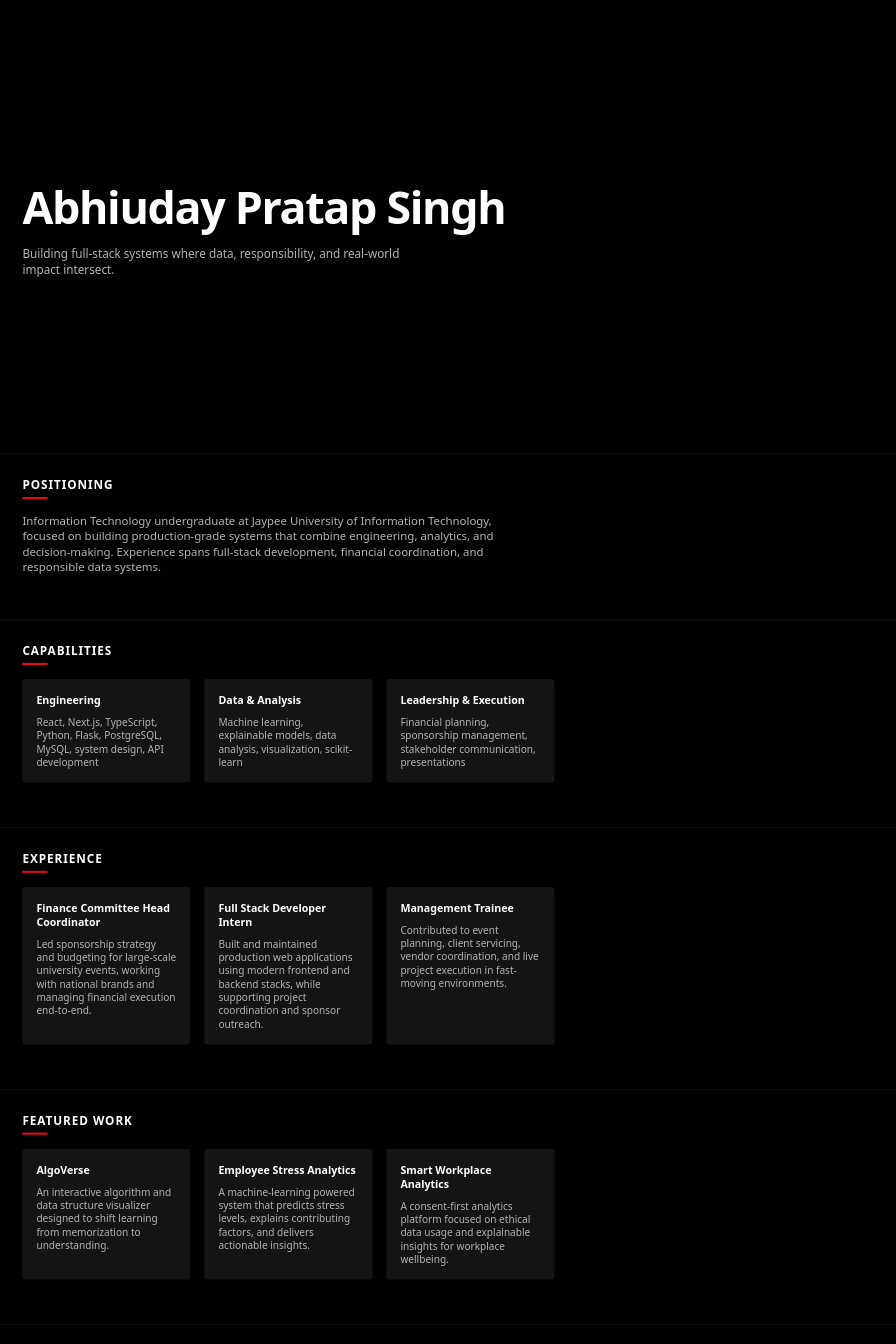
Repository: PratapOP/main-portfolio
Page: / (app in frontend/)
The author's editor kept a copy of each file at every save. The page is drawn from the files as they stood at one save, then again after the next save.
The browser window is 1280 px wide. The pictures show the part of the page from y = 0 to 1920 px (the page is 2756 px tall), at 70% of full size.
The project was rebuilt for these pictures with package versions that can differ from the ones it lists, and the page was loaded fresh each time. Also part of the build but not shown: frontend/vite.config.js.

Above is the page before, as saved 2026-01-01 18:38:42.

After the next save:
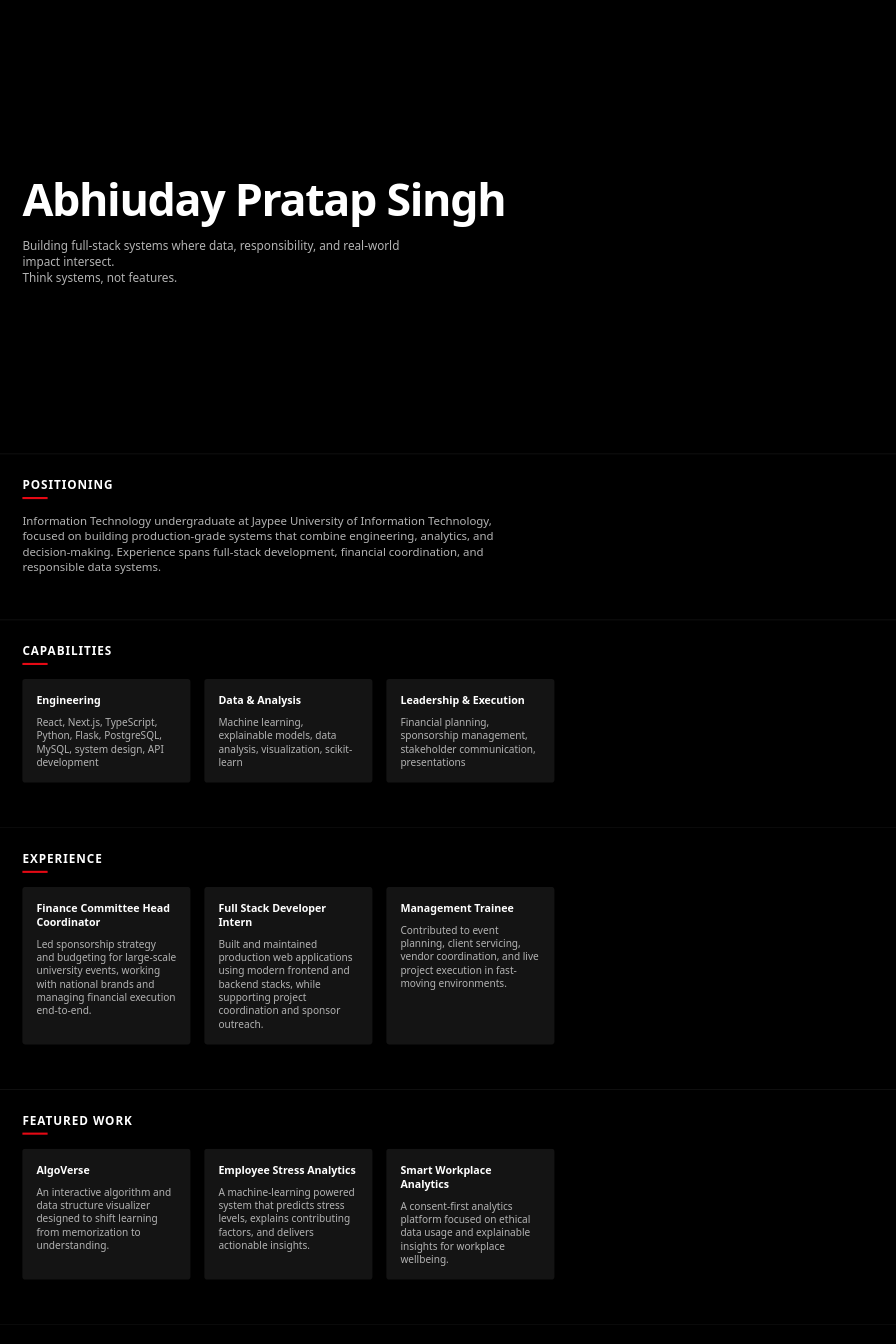
Saved 10 min 29 s later.
--- a/frontend/src/sections.jsx
+++ b/frontend/src/sections.jsx
@@ -29,6 +29,8 @@
             <p className="hero-subtitle">
             Building full-stack systems where data, responsibility,
             and real-world impact intersect.
+            <br />
+            <span className="hero-subtitle-accent">Think systems, not features.</span>
             </p>
         </div>
         </motion.section>
